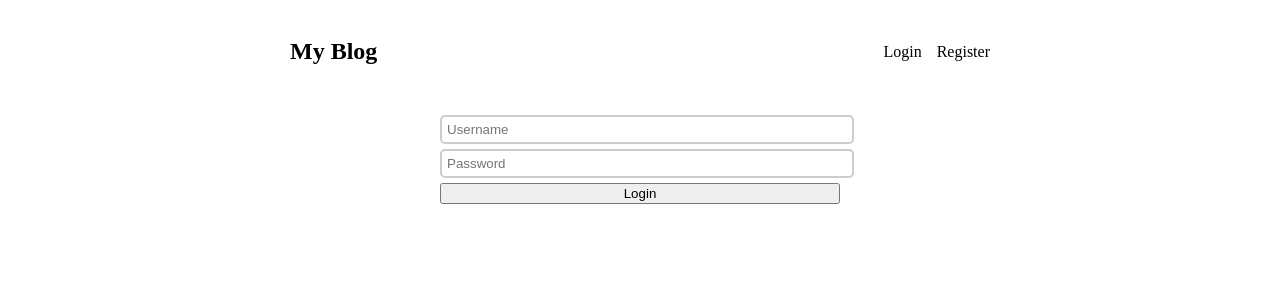
Repository: AtenaHatta/blog-app
Page: /login (app in client/vite-project/)
These files come from the project's save history. The page is drawn as it stood at one moment and after the next save; the edit follows.
The browser window is 1280 px wide. The pictures show the whole page.
The project was rebuilt for these pictures with package versions that can differ from the ones it lists, and the page was loaded fresh each time. Also part of the build but not shown: client/vite-project/src/Post.jsx, client/vite-project/src/pages/IndexPage.jsx, client/vite-project/src/pages/RegisterPage.jsx, client/vite-project/src/index.css.

Above is the page before, as saved 2023-05-23 23:02:27.

After the next save:
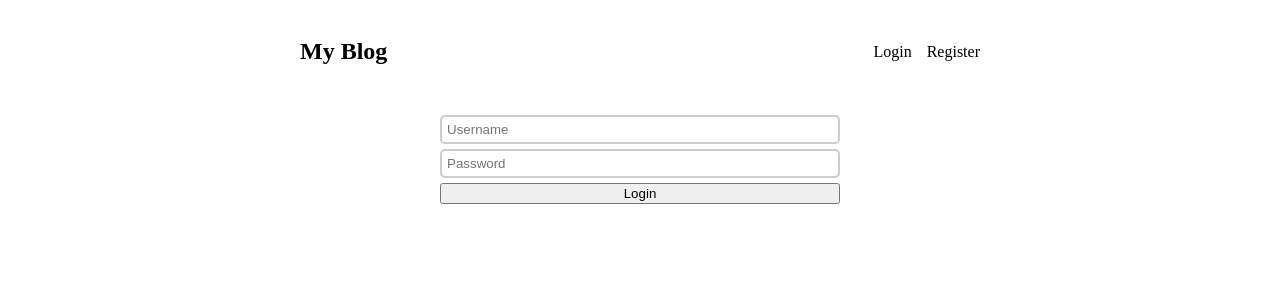
Saved 10 s later.
--- a/client/vite-project/src/App.css
+++ b/client/vite-project/src/App.css
@@ -1,5 +1,5 @@
 *{
-
+  box-sizing: border-box;
 }
 
 body{

After the save that followed:
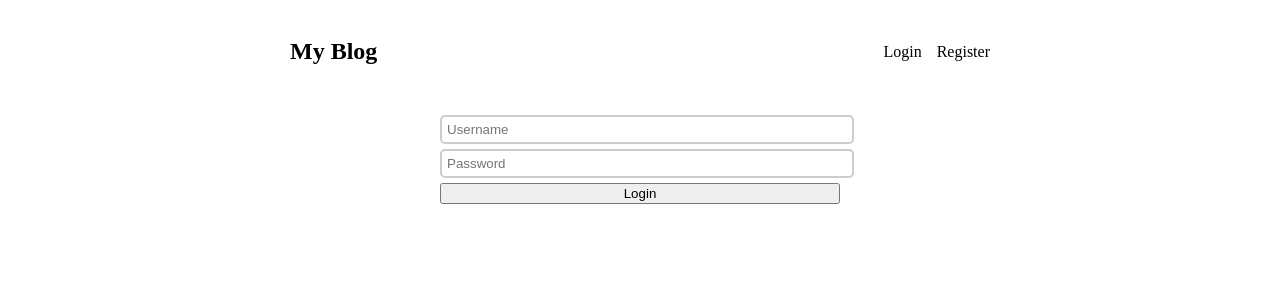
Saved 27 s later.
--- a/client/vite-project/src/App.css
+++ b/client/vite-project/src/App.css
@@ -1,6 +1,6 @@
-*{
+/* *{
   box-sizing: border-box;
-}
+} */
 
 body{
   background-color: white;
